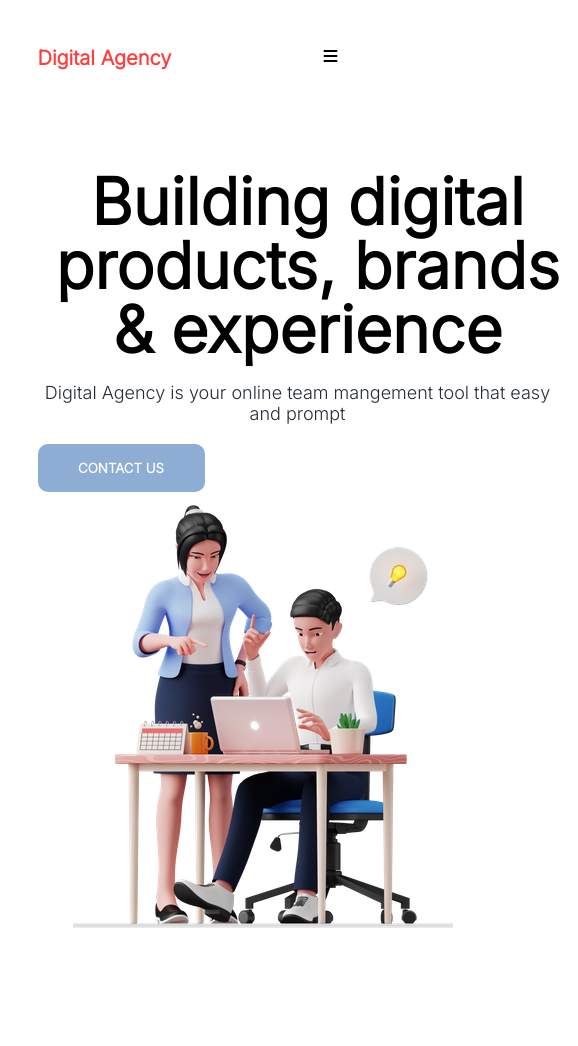
Repository: ThuatDev/fullstack_devc
Page: index.html
These files come from the project's save history. The page is drawn as it stood at one moment and after the next save; the edit follows.
The browser window is 375 px wide. The page is 578 px wide, so the pictures cover 578 px, including what lies to the right of the window. The pictures show the whole page.

Above is the page before, as saved 2022-11-09 17:39:55.

After the next save:
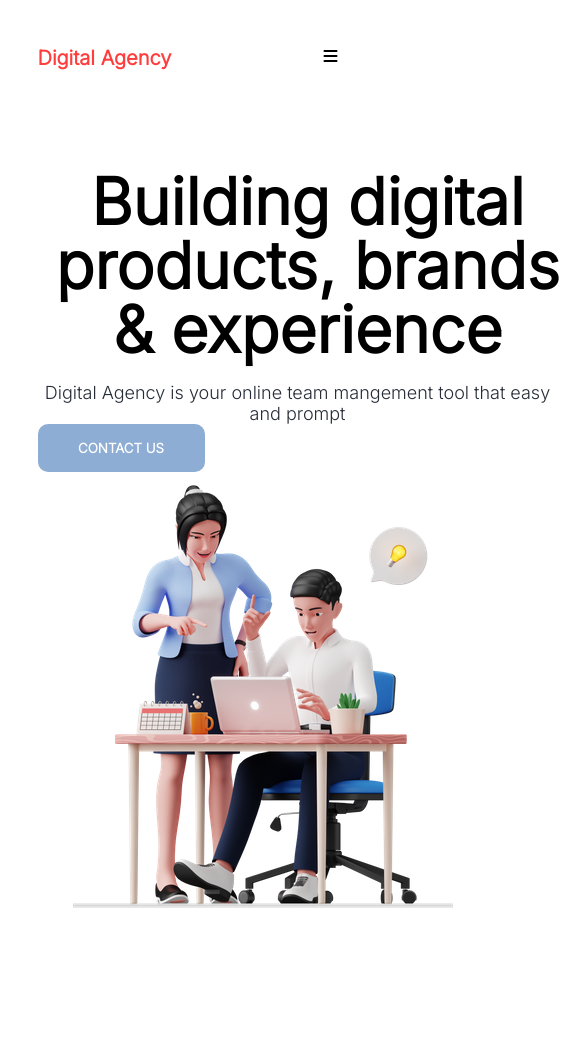
Saved 25 s later.
--- a/reposive.css
+++ b/reposive.css
@@ -34,6 +34,5 @@
     text-align: center;
   }
   .h-section .h-section__left button {
-    margin-top: 20px;
   }
 }

After the 4 saves that followed:
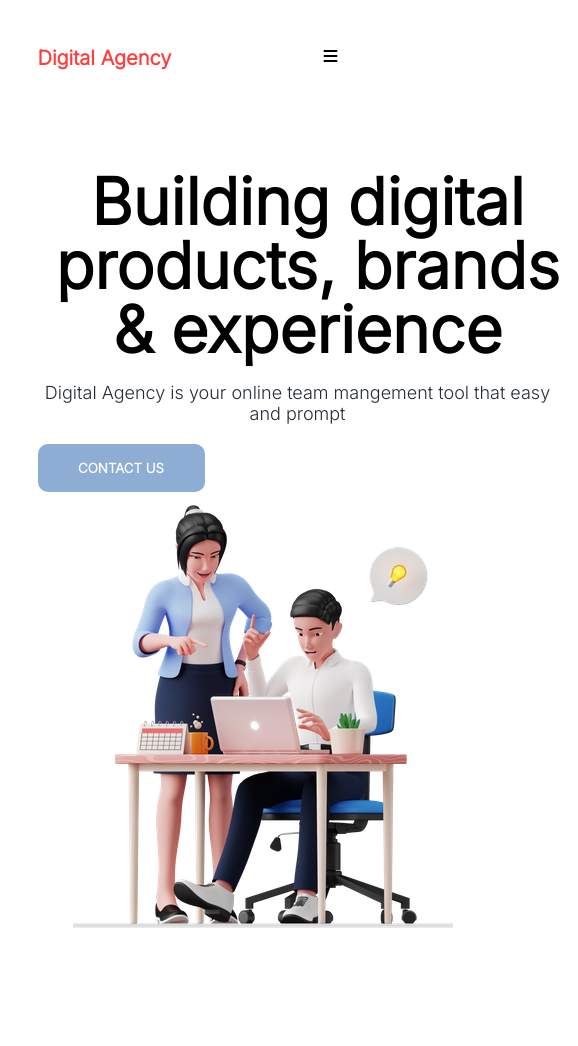
The 4 saves are shown as one change because 3 left the picture as it was.
The last was saved 67 s later.
--- a/reposive.css
+++ b/reposive.css
@@ -28,11 +28,14 @@
   }
   .h-section .h-section__left h2 {
     text-align: center;
+    font-size: 40px;
+    width: 100%;
   }
   .h-section .h-section__left p {
     margin-top: 20px;
     text-align: center;
   }
   .h-section .h-section__left button {
+    margin-top: 20px;
   }
 }
